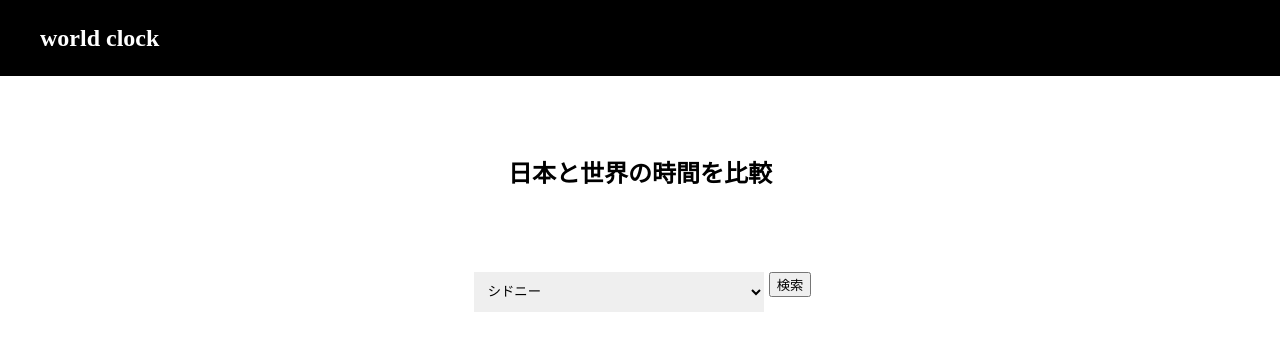
Repository: kay4300/php05-test
Page: http://localhost/
The author's editor kept a copy of each file at every save. The page is drawn from the files as they stood at one save, then again after the next save.
The browser window is 1280 px wide. The pictures show the whole page.
The page is run by PHP 8.4 with error messages shown; the project is at /var/www/html/.

Above is the page before, as saved 2025-08-15 13:38:36.

### src/php02/index.php
<!DOCTYPE html>
<html lang="en">

<head>
    <meta charset="UTF-8">
    <meta http-equiv="X-UA-Compatible" content="IE=edge">
    <meta name="viewport" content="width=device-width, initial-scale=1.0">
    <title>Document</title>
    <link rel="stylesheet" href="css/sanitize.css">
    <link rel="stylesheet" href="css/common.css">
    <link rel="stylesheet" href="css/index.css">
</head>

<body>
    <header class="header">
        <div class="header_inner">
            <a class="header_logo" href="/php02/index.php">
                world clock
            </a>
        </div>
    </header>

    <main>
        <div class="search-form_content">
            <h2 class="search-form_content-title">日本と世界の時間を比較</h2>
        </div>
        <form class="search-form" action="result.php" method="GET">
               <div class="search-form_item">
                   <select class="search-form_item-select" name="city">
                        <option value="シドニー">シドニー</option>
                        <option value="上海">上海</option>
                        <option value="モスクワ">モスクワ</option>
                        <option value="ロンドン">ロンドン</option>
                        <option value="ヨハネスブルグ">ヨハネスブルグ</option>
                        < option value="ニューヨーク">ニューヨーク</option>
                    </select>
                </div>
                <div class="search-form_button">
                    <button class="search-form_button-submit" type="submit">検索</button>
                </div>
        </form>
    </main>

</body>

</html>

### src/php02/css/sanitize.css
/* Document
* ========================================================================== */

/**
* Add border box sizing in all browsers (opinionated).
*/

*,
::before,
::after {
    box-sizing: border-box;
}

/**
* 1. Add text decoration inheritance in all browsers (opinionated).
* 2. Add vertical alignment inheritance in all browsers (opinionated).
*/

::before,
::after {
    vertical-align: inherit;
    /* 2 */
    text-decoration: inherit;
    /* 1 */
}

/**
* 1. Use the default cursor in all browsers (opinionated).
* 2. Change the line height in all browsers (opinionated).
* 3. Use a 4-space tab width in all browsers (opinionated).
* 4. Remove the grey highlight on links in iOS (opinionated).
* 5. Prevent adjustments of font size after orientation changes in
*    IE on Windows Phone and in iOS.
* 6. Breaks words to prevent overflow in all browsers (opinionated).
*/

html {
    word-break: break-word;
    /* 6 */
    -moz-tab-size: 4;
    /* 3 */
    tab-size: 4;
    /* 3 */
    line-height: 1.5;
    /* 2 */
    cursor: default;
    /* 1 */

    -webkit-tap-highlight-color: transparent
        /* 4 */
    ;
    -ms-text-size-adjust: 100%;
    /* 5 */
    -webkit-text-size-adjust: 100%;
    /* 5 */
}

/* Sections
* ========================================================================== */

/**
* Remove the margin in all browsers (opinionated).
*/

body {
    margin: 0;
}

/**
* Correct the font size and margin on `h1` elements within `section` and
* `article` contexts in Chrome, Edge, Firefox, and Safari.
*/

h1 {
    margin: 0.67em 0;
    font-size: 2em;
}

/* Grouping content
* ========================================================================== */

/**
* Remove the margin on nested lists in Chrome, Edge, IE, and Safari.
*/

dl dl,
dl ol,
dl ul,
ol dl,
ul dl {
    margin: 0;
}

/**
* Remove the margin on nested lists in Edge 18- and IE.
*/

ol ol,
ol ul,
ul ol,
ul ul {
    margin: 0;
}

/**
* 1. Add the correct sizing in Firefox.
* 2. Show the overflow in Edge 18- and IE.
*/

hr {
    overflow: visible;
    /* 2 */
    height: 0;
    /* 1 */
}

/**
* Add the correct display in IE.
*/

main {
    display: block;
}

/**
* Remove the list style on navigation lists in all browsers (opinionated).
*/

nav ol,
nav ul {
    padding: 0;
    list-style: none;
}

/**
* 1. Correct the inheritance and scaling of font size in all browsers.
* 2. Correct the odd `em` font sizing in all browsers.
*/

pre {
    font-size: 1em;
    /* 2 */
    font-family: monospace, monospace;
    /* 1 */
}

/* Text-level semantics
* ========================================================================== */

/**
* Remove the gray background on active links in IE 10.
*/

a {
    background-color: transparent;
}

/**
* Add the correct text decoration in Edge 18-, IE, and Safari.
*/

abbr[title] {
    text-decoration: underline;
    text-decoration: underline dotted;
}

/**
* Add the correct font weight in Chrome, Edge, and Safari.
*/

b,
strong {
    font-weight: bolder;
}

/**
* 1. Correct the inheritance and scaling of font size in all browsers.
* 2. Correct the odd `em` font sizing in all browsers.
*/

code,
kbd,
samp {
    font-size: 1em;
    /* 2 */
    font-family: monospace, monospace;
    /* 1 */
}

/**
* Add the correct font size in all browsers.
*/

small {
    font-size: 80%;
}

/* Embedded content
* ========================================================================== */

/*
* Change the alignment on media elements in all browsers (opinionated).
*/

audio,
canvas,
iframe,
img,
svg,
video {
    vertical-align: middle;
}

/**
* Add the correct display in IE 9-.
*/

audio,
video {
    display: inline-block;
}

/**
* Add the correct display in iOS 4-7.
*/

audio:not([controls]) {
    display: none;
    height: 0;
}

/**
* Remove the border on iframes in all browsers (opinionated).
*/

iframe {
    border-style: none;
}

/**
* Remove the border on images within links in IE 10-.
*/

img {
    border-style: none;
}

/**
* Change the fill color to match the text color in all browsers (opinionated).
*/

svg:not([fill]) {
    fill: currentColor;
}

/**
* Hide the overflow in IE.
*/

svg:not(:root) {
    overflow: hidden;
}

/* Tabular data
* ========================================================================== */

/**
* Collapse border spacing in all browsers (opinionated).
*/

table {
    border-collapse: collapse;
}

/* Forms
* ========================================================================== */

/**
* Remove the margin on controls in Safari.
*/

button,
input,
select {
    margin: 0;
}

/**
* 1. Show the overflow in IE.
* 2. Remove the inheritance of text transform in Edge 18-, Firefox, and IE.
*/

button {
    overflow: visible;
    /* 1 */
    text-transform: none;
    /* 2 */
}

/**
* Correct the inability to style buttons in iOS and Safari.
*/

button,
[type="button"],
[type="reset"],
[type="submit"] {
    -webkit-appearance: button;
}

/**
* 1. Change the inconsistent appearance in all browsers (opinionated).
* 2. Correct the padding in Firefox.
*/

fieldset {
    padding: 0.35em 0.75em 0.625em;
    /* 2 */
    border: 1px solid #a0a0a0;
    /* 1 */
}

/**
* Show the overflow in Edge 18- and IE.
*/

input {
    overflow: visible;
}

/**
* 1. Correct the text wrapping in Edge 18- and IE.
* 2. Correct the color inheritance from `fieldset` elements in IE.
*/

legend {
    display: table;
    /* 1 */
    max-width: 100%;
    /* 1 */
    color: inherit;
    /* 2 */
    white-space: normal;
    /* 1 */
}

/**
* 1. Add the correct display in Edge 18- and IE.
* 2. Add the correct vertical alignment in Chrome, Edge, and Firefox.
*/

progress {
    display: inline-block;
    /* 1 */
    vertical-align: baseline;
    /* 2 */
}

/**
* Remove the inheritance of text transform in Firefox.
*/

select {
    text-transform: none;
}

/**
* 1. Remove the margin in Firefox and Safari.
* 2. Remove the default vertical scrollbar in IE.
* 3. Change the resize direction in all browsers (opinionated).
*/

textarea {
    overflow: auto;
    /* 2 */
    margin: 0;
    /* 1 */
    resize: vertical;
    /* 3 */
}

/**
* Remove the padding in IE 10-.
*/

[type="checkbox"],
[type="radio"] {
    padding: 0;
}

/**
* 1. Correct the odd appearance in Chrome, Edge, and Safari.
* 2. Correct the outline style in Safari.
*/

[type="search"] {
    outline-offset: -2px;
    /* 2 */

    -webkit-appearance: textfield;
    /* 1 */
}

/**
* Correct the cursor style of increment and decrement buttons in Safari.
*/

::-webkit-inner-spin-button,
::-webkit-outer-spin-button {
    height: auto;
}

/**
* Correct the text style of placeholders in Chrome, Edge, and Safari.
*/

::-webkit-input-placeholder {
    color: inherit;
    opacity: 0.54;
}

/**
* Remove the inner padding in Chrome, Edge, and Safari on macOS.
*/

::-webkit-search-decoration {
    -webkit-appearance: none;
}

/**
* 1. Correct the inability to style upload buttons in iOS and Safari.
* 2. Change font properties to `inherit` in Safari.
*/

::-webkit-file-upload-button {
    font: inherit;
    /* 2 */

    -webkit-appearance: button;
    /* 1 */
}

/**
* Remove the inner border and padding of focus outlines in Firefox.
*/

::-moz-focus-inner {
    padding: 0;
    border-style: none;
}

/**
* Restore the focus outline styles unset by the previous rule in Firefox.
*/

:-moz-focusring {
    outline: 1px dotted ButtonText;
}

/**
* Remove the additional :invalid styles in Firefox.
*/

:-moz-ui-invalid {
    box-shadow: none;
}

/* Interactive
* ========================================================================== */

/*
* Add the correct display in Edge 18- and IE.
*/

details {
    display: block;
}

/*
* Add the correct styles in Edge 18-, IE, and Safari.
*/

dialog {
    position: absolute;
    right: 0;
    left: 0;
    display: block;
    margin: auto;
    padding: 1em;
    width: -moz-fit-content;
    width: -webkit-fit-content;
    width: fit-content;
    height: -moz-fit-content;
    height: -webkit-fit-content;
    height: fit-content;
    border: solid;
    background-color: white;
    color: black;
}

dialog:not([open]) {
    display: none;
}

/*
* Add the correct display in all browsers.
*/

summary {
    display: list-item;
}

/* Scripting
* ========================================================================== */

/**
* Add the correct display in IE 9-.
*/

canvas {
    display: inline-block;
}

/**
* Add the correct display in IE.
*/

template {
    display: none;
}

/* User interaction
* ========================================================================== */

/*
* 1. Remove the tapping delay in IE 10.
* 2. Remove the tapping delay on clickable elements
in all browsers (opinionated).
*/

a,
area,
button,
input,
label,
select,
summary,
textarea,
[tabindex] {
    -ms-touch-action: manipulation;
    /* 1 */
    touch-action: manipulation;
    /* 2 */
}

/**
* Add the correct display in IE 10-.
*/

[hidden] {
    display: none;
}

/* Accessibility
* ========================================================================== */

/**
* Change the cursor on busy elements in all browsers (opinionated).
*/

[aria-busy="true"] {
    cursor: progress;
}

/*
* Change the cursor on control elements in all browsers (opinionated).
*/

[aria-controls] {
    cursor: pointer;
}

/*
* Change the cursor on disabled, not-editable, or otherwise
* inoperable elements in all browsers (opinionated).
*/

[aria-disabled="true"],
[disabled] {
    cursor: not-allowed;
}

/*
* Change the display on visually hidden accessible elements
* in all browsers (opinionated).
*/

[aria-hidden="false"][hidden] {
    display: initial;
}

[aria-hidden="false"][hidden]:not(:focus) {
    position: absolute;
    clip: rect(0, 0, 0, 0);
}

### src/php02/css/common.css
.header {
    background: #000;
}

.header_inner {
    margin: 0 auto;
    padding: 20px 15px;
    max-width: 1230px;
}

.header_logo {
    color: #fff;
    text-decoration: none;
    font-weight: bold;
    font-size: 24px;
}

### src/php02/css/index.css
.search-form_content {
    margin: 0 auto;
    padding: 60px 15px;
    max-width: 1230px;
}

.search-form_content-title {
    text-align: center;
}

.search-form {
    display: flex;
    justify-content: center;
}

.search-form_item {
    padding: 0 5px;
    width: 300px;
}

.search-form_item-select {
    padding: 10px;
    width: 100%;
    height: 40px;
    border: 1px ;
}

After the next save:
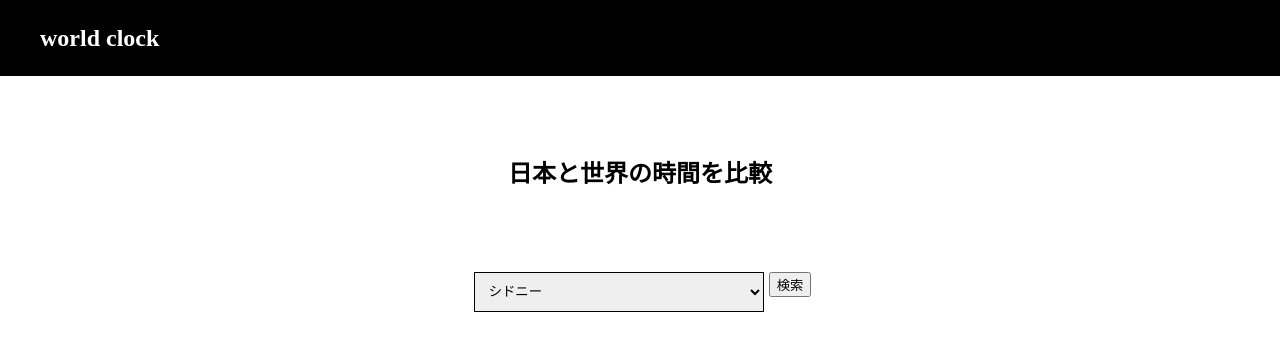
Saved 4 s later.
--- a/src/php02/css/index.css
+++ b/src/php02/css/index.css
@@ -22,5 +22,5 @@
     padding: 10px;
     width: 100%;
     height: 40px;
-    border: 1px ;
+    border: 1px solid ;
 }
